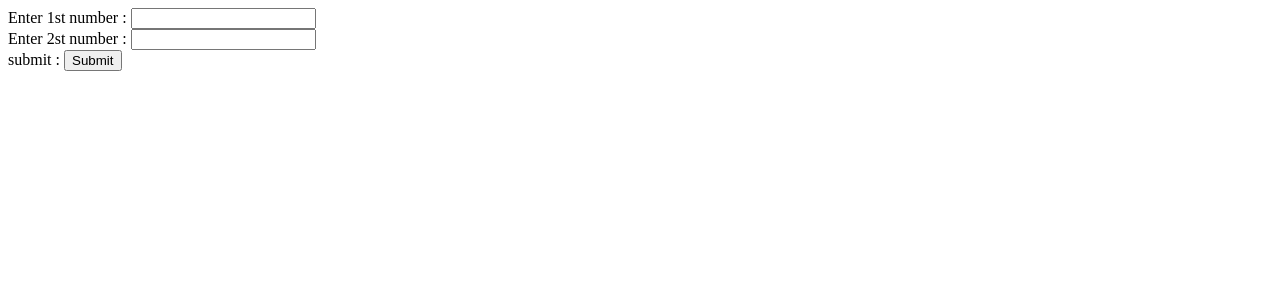
Repository: anupmistry93/ServletJsp
Page: Demo/WebContent/Page.html
The author's editor kept a copy of each file at every save. The page is drawn from the files as they stood at one save, then again after the next save.
The browser window is 1280 px wide. The pictures show the whole page.

Above is the page before, as saved 2019-05-11 14:49:23.

After the next save:
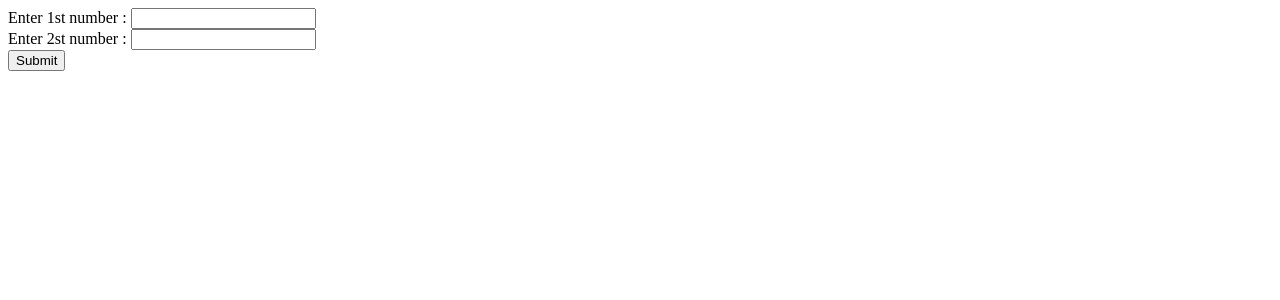
Saved 104 s later.
--- a/Demo/WebContent/Page.html
+++ b/Demo/WebContent/Page.html
@@ -6,7 +6,7 @@
 
      Enter 1st number : <input type ="text" name="num1"><br>
      Enter 2st number : <input type ="text" name="num2"><br>
-      submit : <input type= "Submit">
+      <input type= "Submit">
   </form>
 
 
